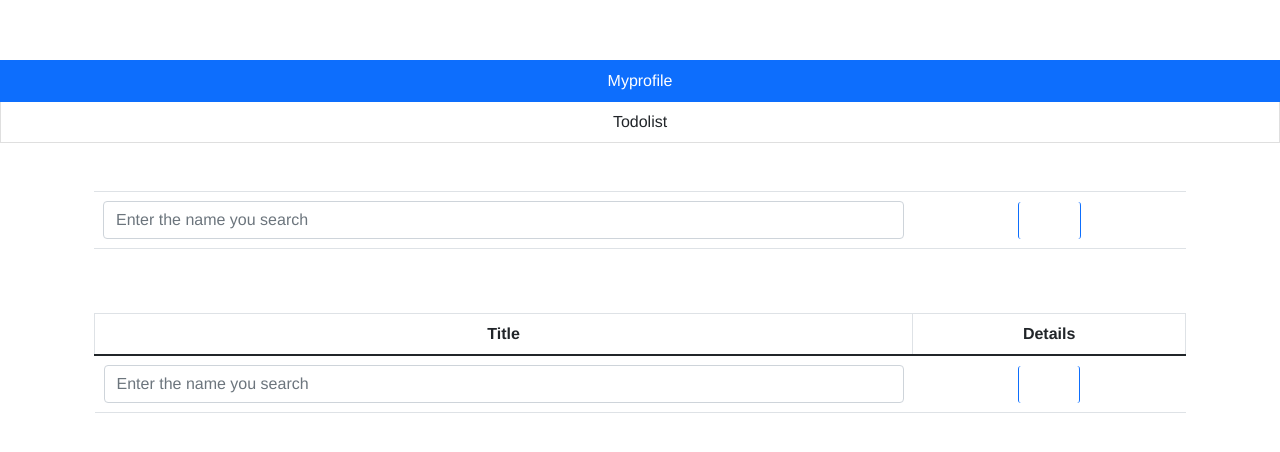
Repository: Shanshan67/todolist
Page: /#/profile
These files come from the project's save history. The page is drawn as it stood at one moment and after the next save; the edit follows.
The browser window is 1280 px wide. The pictures show the whole page.
The project was rebuilt for these pictures with package versions that can differ from the ones it lists, and the page was loaded fresh each time. Also part of the build but not shown: src/components/Dashboard.vue, src/components/Todolist.vue.

Above is the page before, as saved 2022-07-15 23:12:09.

After the next save:
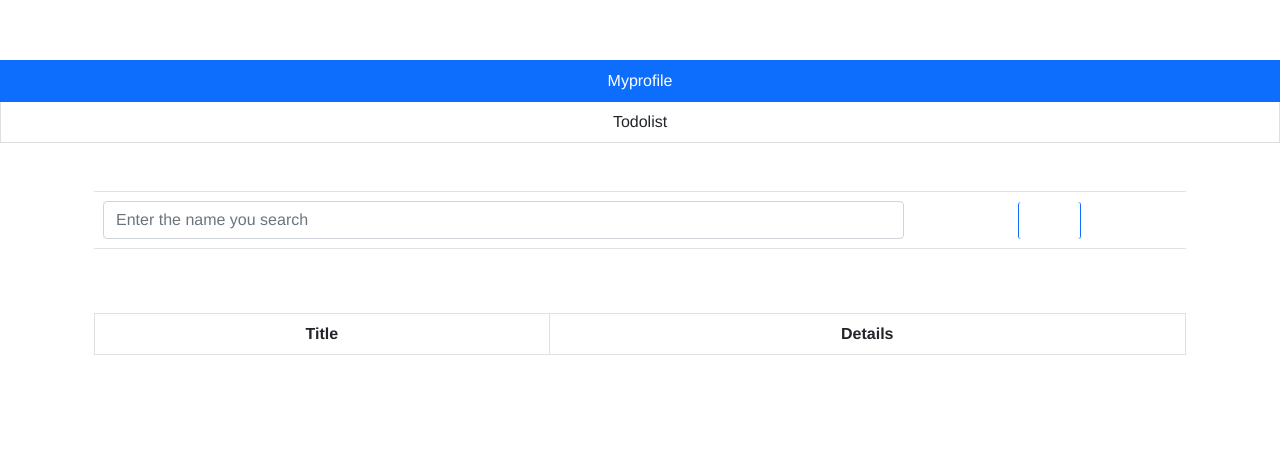
Saved 28 s later.
--- a/src/components/List.vue
+++ b/src/components/List.vue
@@ -19,26 +19,6 @@
 							</td>
 						</tr>
 					</tbody>
-					<tfoot>
-						<td class="align-middle text-center w-75">
-							<div class="form-group">
-								<input
-									type="text"
-									class="form-control"
-									placeholder="Enter the name you search"
-									v-model="todoItem.name"
-								/>
-							</div>
-						</td>
-						<td class="align-middle text-center w-75">
-							<button
-								class="btn btn-primary btn-sm mx-1"
-								@click="handleSearch"
-							>
-								Search
-							</button>
-						</td>
-					</tfoot>
 				</table>
 			</div>
 		</div>
